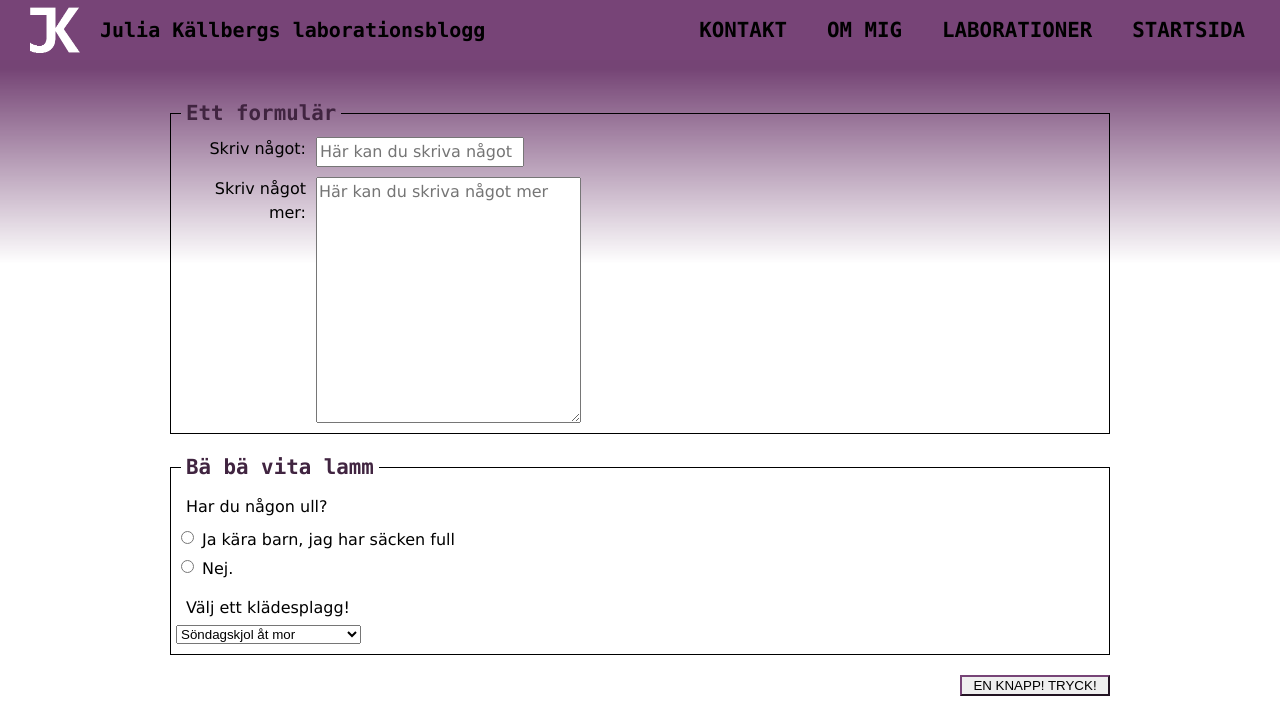
Repository: jk222rp/1ik415-laborationer-2014
Page: pages/kontakt.html
The author's editor kept a record of every edit. The page is drawn from the files as they stood at one moment, then again after the next edit.
The browser window is 1280 px wide. The pictures show the whole page.

Above is the page before.

### pages/kontakt.html
<!doctype html>
<html lang="sv">
    <head>
        <meta charset="utf-8" />
        <title>Kontakt - Julias laborationsblogg</title>
        <link rel="stylesheet" type="text/css" href="../css/style.css" />
        <link rel="stylesheet" media="print" href="../css/print.css" />
    </head>

    <body>
        <div id="container">

            <div id="header">
                <h1>Julia Källbergs laborationsblogg</h1>
            </div>

<!--Menu-->
            <div id="nav">
                <ul>
                    <li><a href="../index.html">Startsida</a></li>
                    <li><a href="laborationer.html">Laborationer</a></li>
                    <li><a href="presentation.html">Om mig</a></li>
                    <li><a href="kontakt.html" class="active">Kontakt</a></li>
                </ul>
            </div>

<!--Form-->
            <div id="content">
                <form action="http://voyager.lnu.se/tekinet/kurser/dtt/wp_webbintro/form.php" method="post">

    <!--Form first part-->
                    <fieldset id="form1">
                        <legend>Ett formulär</legend>

                        <label for="text">Skriv något:</label>
                        <input placeholder="Här kan du skriva något" type="text" id="text" name="text" />

                        <label for="moretext">Skriv något mer:</label>
                        <textarea rows="10" cols="30" placeholder="Här kan du skriva något mer" id="moretext" name="moretext"></textarea>
                    </fieldset>

    <!--Form second part-->
                    <fieldset id="form2">
                        <legend>Bä bä vita lamm</legend>

                        <p>Har du någon ull?</p>
                        <input type="radio" id="woolyes" name="wool" value="yes" /><label for="woolyes" class="radio">Ja kära barn, jag har säcken full</label>
                        <input type="radio" id="woolno" name="wool" value="no" /><label for="woolno" class="radio">Nej.</label>

                        <label for="clothes" id="select">Välj ett klädesplagg!</label>
                        <select id="clothes" name="clothes">
                            <option value="skirt">Söndagskjol åt mor</option>
                            <option value="coat">Helgdagsrock åt far</option>
                            <option value="socks">Två par strumpor åt lillebror</option>
                        </select>
                    </fieldset>

    <!--Send form-->
                    <button type="submit">EN KNAPP! TRYCK!</button>
                </form>
            </div>

        </div>

    </body>
</html>

### css/style.css
/* http://meyerweb.com/eric/tools/css/reset/
   v2.0 | 20110126
   License: none (public domain)
*/

html, body, div, span, applet, object, iframe,
h1, h2, h3, h4, h5, h6, p, blockquote, pre,
a, abbr, acronym, address, big, cite, code,
del, dfn, em, img, ins, kbd, q, s, samp,
small, strike, strong, sub, sup, tt, var,
b, u, i, center,
dl, dt, dd, ol, ul, li,
fieldset, form, label, legend,
/*table, caption, tbody, tfoot, thead, tr, th, td,*/
article, aside, canvas, details, embed,
figure, figcaption, footer, header, hgroup,
menu, nav, output, ruby, section, summary,
time, mark, audio, video {
	margin: 0;
	padding: 0;
	border: 0;
	font-size: 100%;
	font: inherit;
	vertical-align: baseline;
}
/* HTML5 display-role reset for older browsers */
article, aside, details, figcaption, figure,
footer, header, hgroup, main, menu, nav, section {
	display: block;
}
body {
	line-height: 1;
}
ol, ul {
	list-style: none;
}
blockquote, q {
	quotes: none;
}
blockquote:before, blockquote:after,
q:before, q:after {
	content: '';
	content: none;
}
table {
	border-collapse: collapse;
	border-spacing: 0;
}

/*END OF RESET*/

/*START OF STYLE*/

/*COLORS
    Background: #fff (white)
    Header and links: #747 (light purple)
    Head texts: #402440 (dark purple)
    Text main: #000 (black)
    Visited links and postfoots: #888 (gray)
*/


body {
    background-color: #fff;
    font-size: 1em;
}

/*Layout*/
#container {
    background: #fff url(pics/bakgrund.png) no-repeat top left;
    background-position: 0 60px;
    background-size: 100%;
    margin: 0 auto;
    width: 100%;
    overflow: auto;
}

#header {
    float: left;
    height: 60px;
    width: 100%;
}

#nav {
    height: 30px;
    width: 100%;
    padding: 0 5px;
    position: absolute;
    top: 0;
    right: 0;
}

#content {
    margin: 100px auto 0 auto;
    max-width: 940px;
    padding: 0 10px 28px 10px;
}

#footer {
    clear: both;
    margin: 0 auto;
    max-width: 960px;
}

#post #content {
    padding-bottom: 0;
}

/*Backgrounds and borders*/

#header {
    background: #747 url(pics/logotyp.png) no-repeat top left;
    background-size: 50px;
    background-position: 30px;
}

table {
    border: solid #000 2px;
}

th, td {
    border: solid #000 1px;
    padding: 0.5em;
}

fieldset {
    border: solid #000 1px;
}

/*Texts and links*/

h1 {
    color: #000;
    font-family: Consolas, Verdana, sans-serif;
    font-size: 1.25em;
    font-weight: bold;
    text-align: left;
    text-indent: 100px;
    line-height: 60px;
}

h2 {
    /*border-bottom: solid #888 2px;*/
    color: #402440;
    font-family: Consolas, Verdana, sans-serif;
    font-size: 1.5em;
    font-weight: bold;
    line-height: 1.5em;
    margin: 0 0 10px 0;
    padding-left: 10px;
    padding-right: 10px;
}

#presentation h2 {
    border: 0px;
    color: #000;
    margin: 20px 0 5px 0;
}

h3 {
    /*border-bottom: solid #888 1px;*/
    color: #402440;
    font-family: Consolas, Verdana, sans-serif;
    font-size: 1.25em;
    font-weight: bold;
    line-height: 1.25em;
    margin: 0 0 10px 0;
    padding-left: 10px;
    padding-right: 10px;
}

#laborationer h2, #laborationer h3 {
    margin: 30px 0 0 0;
}

p {
    color: #000;
    font-family: Verdana, sans-serif;
    font-size: 1em;
    line-height: 2em;
    padding: 5px 10px;
}

.printtext {
    display: none;
}


/*resets the reset of lists*/
ul {
    list-style-type: disc;
    list-style-position: inside;
}
ol {
    list-style-type: decimal;
    list-style-position: inside;
}
ul ul, ol ul {
    list-style-type: circle;
    list-style-position: inside;
    margin-left: 15px;
}
ol ol, ul ol {
    list-style-type: lower-latin;
    list-style-position: inside;
    margin-left: 15px;
}
/*resets the reset of lists*/


li {
    color: #000;
    font-family: Verdana, sans-serif;
    font-size: 1em;
    line-height: 2em;
    padding-left: 10px;
    padding-right: 10px;
}

dl {
    color: #000;
    font-family: Verdana, sans-serif;
    font-size: 1em;
    line-height: 2em;
    list-style-position: inside;
	margin:0 0 1.5em 0;
    padding-left: 10px;
    padding-right: 10px;
}

dl dt {
	font-weight:bold;
}
dd {
	margin-left:1.5em;
}

table {
    margin: 10px;
}

td {
    text-align: center;
}

.postfoot {
    border-bottom: solid #747 1px;
    clear: both;
    color: #888;
    font-family: Verdana, sans-serif;
    font-size: 1em;
    line-height: 1.2em;
    margin: 10px 0 30px 0;
    padding: 0 10px;
    text-align: right;
}

a:link {color: #747; font-family: Verdana, sans-serif; font-size: 0.875em; line-height: 1.3125em;}
a:visited {color: #888;}
a:focus {color: #000; border: solid #f60 2px;}
a:hover {color: #000;}
a:active {color: #fff;}

#footer a {
    color: #747;
    display: block;
    font-weight: bold;
    padding-right: 5px;
    text-align: right;
    text-decoration: none;
    text-transform: uppercase;
}

#footer a:hover {
    color: #000;
}

#nav a {
    display: block;
    float: right;
    font-family: Consolas, Verdana, sans-serif;
    font-size: 1.3em;
    font-weight: bold;
    height: 60px;
    line-height: 60px;
    padding: 0 20px;
    text-align: center;
    text-decoration: none;
    text-transform: uppercase;
    white-space: nowrap;
}

#nav li {
    list-style-type: none;
}

#nav a:link, #nav a:visited {color: #000;}
#nav a:focus {color: #000; border: solid #000 2px;}
#nav a:hover {color: #000;}
#nav a:active {color: #fff;}

#active a:link, #active a:visited, #active a:focus, #active a:hover, #active a:active {
    color: #fff;
}

/*Formulär*/
fieldset {
    margin-bottom: 20px;
    padding: 5px;
}

legend {
    color: #402440;
    font-family: Consolas, Verdana, sans-serif;
    font-size: 1.3em;
    font-weight: bold;
    line-height: 1.3em;
    margin-left: 5px;
    padding: 0 5px;
}

label, input, textarea {
    color: #000;
    font-family: Verdana, sans-serif;
    font-size: 1em;
    line-height: 1.5em;
}

#form1 label {
    clear: left;
    display: block;
    float: left;
    margin: 5px 0;
    padding: 0 5px 5px 5px;
    text-align: right;
    width: 125px;
}

#form2 label {
    float: left;
    padding: 0 5px 5px 5px;
}

#select {
    float: left;
    clear: left;
    margin: 10px 0 0 5px;
    padding: 0 5px 5px 5px;
}

.radio {
    clear: none;
}

#text, #moretext {
    float: left;
    margin: 5px;
}

fieldset p {
    clear: both;
    float: left;
}

#woolyes, #woolno {
    clear: left;
    float: left;
}

select {
    clear: both;
    float: left;
    margin-bottom: 5px;
}

button {
    border-color: #747;
    float: right;
    width: 150px;
}

button:hover {font-weight: bold;}

/*Bilder och video*/
video, img {
    margin: 10px;
    max-width: 95%;
}

.right, .left {
    margin: 10px;
}

.right {
    float: right;
}

.left {
    float: left;
}



/*Kommentarer*/
.comments { /*Hela kommentarsbiten*/
    border: solid #747 1px;
    padding: 5px 0;
    margin: -20px 5px 30px 5px;
}

.commentshead h2 { /*Rubrik för kommentarsbiten*/
    border-bottom: solid #747 1px;
    font-size: 1.3em;
    line-height: 1.3em;
}

.comment { /*En kommentar*/
    padding: 5px;
}

.commenthead h3 { /*Rubrik för en kommentar*/
    color: #747;
    font-size: 1.1em;
    line-height: 1.1em;
    margin: 0;
}

.thecomment { /*Kommentaren*/
    font-size: 0.8em;
    line-height: 1.6em;
}

.commentfoot { /*Fot för en kommentar*/
    border-bottom: solid #747 1px;
    clear: both;
    color: #888;
    font-family: Verdana, sans-serif;
    font-size: 0.8em;
    line-height: 1.5em;
    margin: 0 0 10px 0;
    padding: 0 10px;
    text-align: right;
}




/*hCard*/

.vcard { /*hela kortet*/
    border: solid #747 1px;
    font-size: 0.8em;
    margin: 20px auto;
    padding: 10px;
    width: 250px;
}

.fn, .email, .adr, .tel { /*förnamnet*/
    color: #000;
    font-family: Verdana, sans-serif;
    font-size: 1em;
    line-height: 1.5em;
    padding: 5px 0;
}

### css/print.css
#nav, #footer {
    display: none;
}

#content {
    margin: 0 auto;
    padding: 0;
    width: 100%;
}

video {
    display: none;
}

.printtext {
    display: inherit;
    font-weight: bold;
    font-style: italic;
}

a:link, a:visited, a:focus, a:hover, a:active {
    color: #0000cc;
}

a:after {
    color: #000;
    content: " [" attr(href) "] ";
    text-decoration: none;
}

legend {
    background-color: #fff;
}

After the next edit:
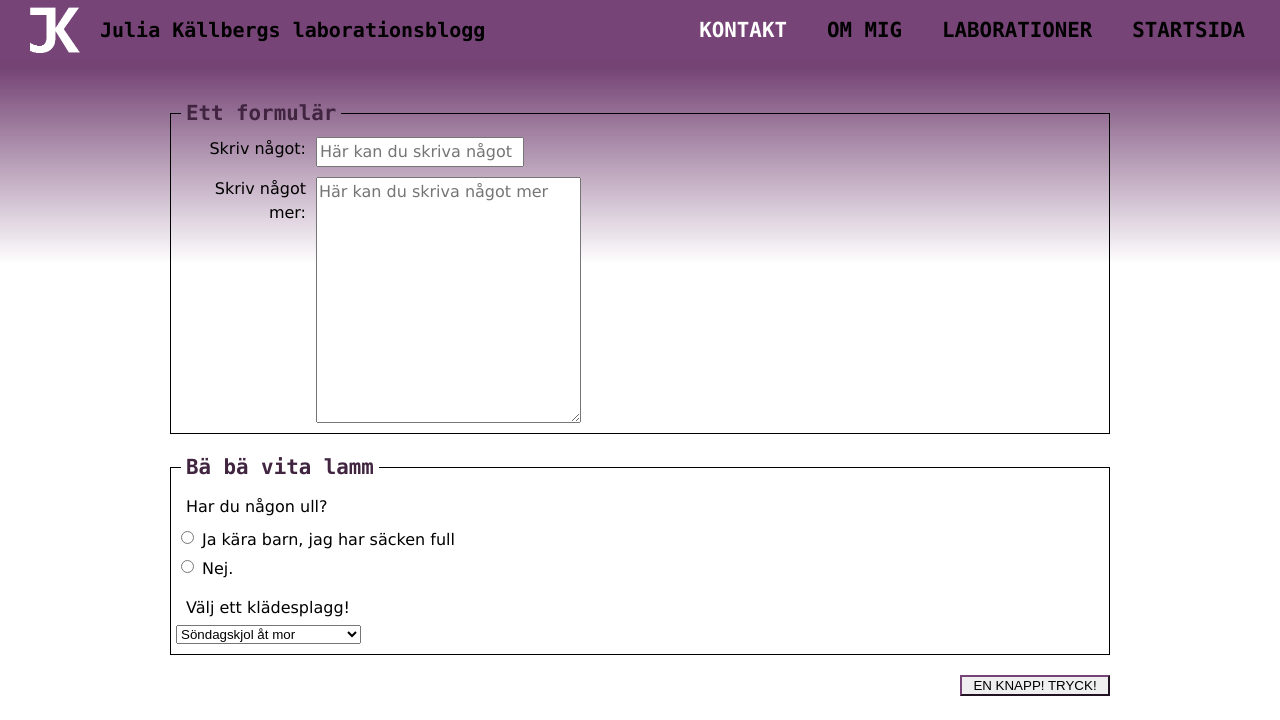
The edit:
--- a/pages/kontakt.html
+++ b/pages/kontakt.html
@@ -17,10 +17,10 @@
 <!--Menu-->
             <div id="nav">
                 <ul>
-                    <li><a href="../index.html">Startsida</a></li>
-                    <li><a href="laborationer.html">Laborationer</a></li>
-                    <li><a href="presentation.html">Om mig</a></li>
-                    <li><a href="kontakt.html" class="active">Kontakt</a></li>
+                    <li><a id="start-icon" href="../index.html">Startsida</a></li>
+                    <li><a id="lab-icon" href="laborationer.html">Laborationer</a></li>
+                    <li><a id="presentation-icon" href="presentation.html">Om mig</a></li>
+                    <li><div id="active"><a id="contact-icon" href="kontakt.html">Kontakt</a></div></li>
                 </ul>
             </div>
 
